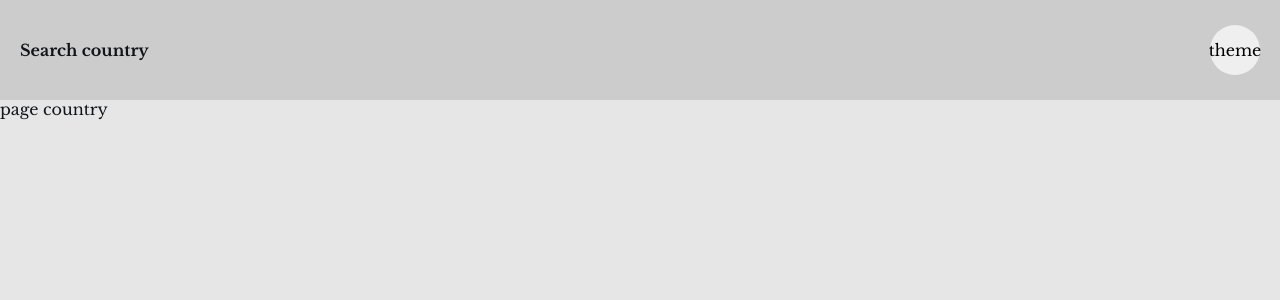
Repository: YuraKrvz/country_search
Page: /country
An editor plug-in stored every save of this project. The page is shown before and after the next save, followed by the edit.
The browser window is 1280 px wide. The pictures show the whole page.
The project was rebuilt for these pictures with package versions that can differ from the ones it lists, and the page was loaded fresh each time. Also part of the build but not shown: src/pages/PageHome.jsx. Imported but missing from the stored project, and not drawn on this page: src/components/ListCountries.

Above is the page before, as saved 2021-12-10 15:01:18.

After the next save:
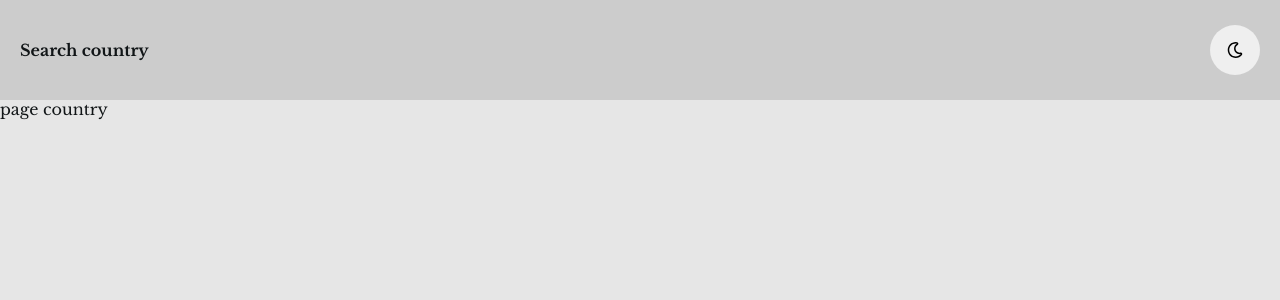
Saved 6 s later.
--- a/src/components/ThemeToggler.jsx
+++ b/src/components/ThemeToggler.jsx
@@ -22,7 +22,7 @@ function ThemeToggler() {
 
    return (
       <Button onClick={toggleTheme}>
-      theme{
+         {
             theme === 'light' ? <FaRegMoon /> : <FaMoon />
          }
       </Button>
